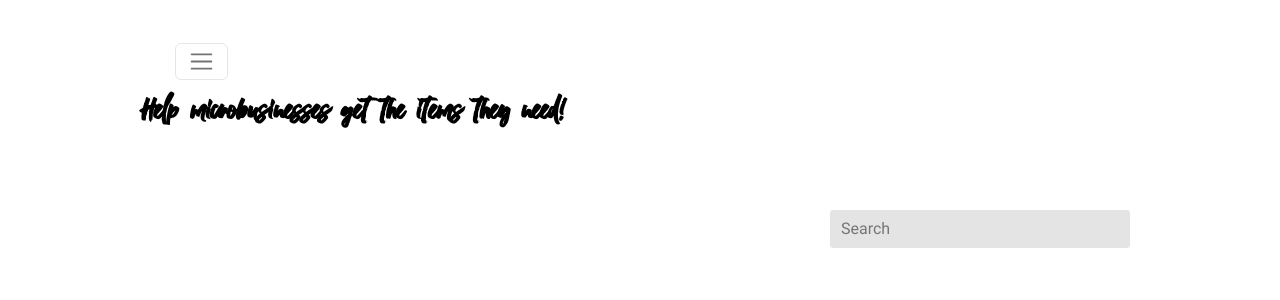
Repository: David-Waite/edableStyleChanges
Page: /
These files come from the project's save history. The page is drawn as it stood at one moment and after the next save; the edit follows.
The browser window is 1280 px wide. The pictures show the whole page.
The project was rebuilt for these pictures with package versions that can differ from the ones it lists, and the page was loaded fresh each time. Also part of the build but not shown: src/components/Item/ProgressBar.css, src/components/Volunteer/Volunteer.tsx, src/components/DonorForm/Message.css, src/components/Volunteer/VolunteerError.tsx, src/components/Default.tsx, src/components/DonorForm/Paypal.tsx, src/components/DonorForm/DonorForm.tsx, src/components/Organisation/Organisation.module.css and 9 more.

Above is the page before, as saved 2022-10-27 17:43:34.

### public/index.html
<!DOCTYPE html>
<html lang="en">
  <head>
    <meta charset="utf-8" />
    <link rel="icon" href="%PUBLIC_URL%/favicon.ico" />
    <meta name="viewport" content="width=device-width, initial-scale=1" />
    <meta name="theme-color" content="#000000" />
    <meta name="description" content="EdAble Donations System" />
    <link rel="apple-touch-icon" href="%PUBLIC_URL%/logo192.png" />
    <link rel="manifest" href="%PUBLIC_URL%/manifest.json" />
    <link
      rel="stylesheet"
      href="https://cdn.jsdelivr.net/npm/bootstrap@5.2.0-beta1/dist/css/bootstrap.min.css"
      integrity="sha384-0evHe/X+R7YkIZDRvuzKMRqM+OrBnVFBL6DOitfPri4tjfHxaWutUpFmBp4vmVor"
      crossorigin="anonymous"
    />
    <title>EdAble Donations</title>
  </head>
  <body>
    <noscript>You need to enable JavaScript to run this app.</noscript>
    <div id="root"></div>
  </body>
  <script src="./iframeResizer.contentWindow.min.js"></script>
</html>

### src/index.tsx
import React from 'react';
import ReactDOM from 'react-dom/client';
import './index.css';
import App from './App';
import reportWebVitals from './reportWebVitals';
import './fonts/Roboto/Roboto-Medium.ttf';
import './fonts/Lora/Lora-VariableFont_wght.ttf';

const root = ReactDOM.createRoot(
  document.getElementById('root') as HTMLElement
);
root.render(
  <React.StrictMode>
    <App />
  </React.StrictMode>
);

// If you want to start measuring performance in your app, pass a function
// to log results (for example: reportWebVitals(console.log))
// or send to an analytics endpoint. Learn more: https://bit.ly/CRA-vitals
reportWebVitals();

### src/index.css
body {
  margin: 0;
  -webkit-font-smoothing: antialiased;
  -moz-osx-font-smoothing: grayscale;
}

code {
  font-family: source-code-pro, Menlo, Monaco, Consolas, "Courier New",
    monospace;
}

* {
  box-sizing: border-box;
}

#page-wrap {
  padding-bottom: 10px;
  padding-top: 10px;
}
@font-face {
  font-family: "Roboto";
  src: local("Roboto"),
    url("./fonts/Roboto/Roboto-Medium.ttf") format("truetype");
}

@font-face {
  font-family: "Lora";
  src: local("Lora"),
    url("./fonts/Lora/Lora-VariableFont_wght.ttf") format("truetype");
}

@font-face {
  font-family: "black_stonealternative";
  src: local("blackStone"),
    url("./fonts/BlackStone/blackstone-alternative-webfont.woff") format("woff");
}

h1 {
  font-family: "Roboto";
  font-style: normal;
  font-weight: 700;
  font-size: 52px;
  line-height: 64px;
  /* identical to box height, or 123% */
  color: #000000;
}

h2 {
  font-family: "Lora";
  font-style: normal;
  font-weight: 700;
  font-size: 47px;
  line-height: 60px;
  /* identical to box height, or 128% */
  color: #f1f1f1;
}

h3 {
  font-family: "Lora";
  font-style: normal;
  font-weight: 700;
  font-size: 40px;
  line-height: 51px;
  color: #c4c4c4;
}

h4 {
  font-family: "Roboto";
  font-style: normal;
  font-weight: 700;
  font-size: 35px;
  line-height: 43px;
  /* identical to box height, or 123% */
  letter-spacing: 0.02em;
  color: #000000;
}

h5 {
  font-family: "Roboto";
  font-style: normal;
  font-weight: 700;
  font-size: 28px;
  line-height: 44px;
  /* identical to box height, or 157% */
  color: #000000;
}

h6 {
  font-family: "Roboto";
  font-style: normal;
  font-weight: 700;
  font-size: 21px;
  line-height: 25px;
  /* identical to box height */
  color: #000000;
}

body {
  font-family: "Roboto";
  font-style: normal;
  font-weight: 400;
  font-size: 21px;
  line-height: 32px;
  /* identical to box height, or 152% */
  color: #000000;
}

### src/App.tsx
import React from "react";
import "./App.css";
import { BrowserRouter, Routes, Route } from "react-router-dom";

import { PayPalScriptProvider } from "@paypal/react-paypal-js";
import Base from "./components/Base";
import Landing from "./components/Landing/Landing";
import Volunteer from "./components/Volunteer/Volunteer";
import VolunteerError from "./components/Volunteer/VolunteerError";
import Default from "./components/Default";
import Organisation from "./components/Organisation/Organisation";
import ItemPage from "./components/Item/ItemPage";
import Success from "./components/DonorForm/Success";
import Cancel from "./components/DonorForm/Cancel";
import PastDonations from "./components/DonorForm/PastDonations";
import PastItemDonations from "./components/DonorForm/PastItemDonations";
import DonateTime from "./components/Volunteer/DonateTime";

function App() {
  return (
    <PayPalScriptProvider
      options={{
        "client-id":
        process.env.REACT_APP_PAYPAL_CLIENT_ID||"ATT3Tn46NrmHggGqVC4mzWOZWlnbp2ID9DA0yQnhsgqPFIVPPlLhfSI_-atbZc3aN7n_k7wUVTyQJMnI",
        currency: "AUD",
      }}
    >
      <BrowserRouter>
        <Routes>
          <Route path="/" element={<Base />}>
            <Route path="/" element={<Landing />} />
            <Route path="volunteer" element={<Volunteer />} />
            <Route path="success" element={<Success />} />
            <Route path="organisation/:orgId" element={<Organisation />} />
            <Route path="cancel/:orgId" element={<Cancel />} />
            <Route path="volunteererror/:orgId" element={<VolunteerError />} />
            <Route path="organisation/:orgId" element={<PastDonations />} />
            <Route path="item/:orgID/:itemID" element={<ItemPage />} />
            <Route path="item/:orgID/:itemID" element={<PastItemDonations />} />
            <Route path="volunteer/organisation/:orgId" element={<DonateTime />} />
            <Route path="volunteer/success" element={<Success />} />

            {/* Using path="*"" means "match anything", so this route
                acts like a catch-all for URLs that we don't have explicit
              routes for. */}
            <Route path="*" element={<Default />} />
          </Route>
        </Routes>
      </BrowserRouter>
    </PayPalScriptProvider>
  );
}

export default App;

### src/App.css
.App {
  text-align: center;
}

.App-logo {
  height: 40vmin;
  pointer-events: none;
}

@media (prefers-reduced-motion: no-preference) {
  .App-logo {
    animation: App-logo-spin infinite 20s linear;
  }
}

.App-header {
  background-color: #282c34;
  min-height: 100vh;
  display: flex;
  flex-direction: column;
  align-items: center;
  justify-content: center;
  font-size: calc(10px + 2vmin);
  color: white;
}

.App-link {
  color: #61dafb;
}

@keyframes App-logo-spin {
  from {
    transform: rotate(0deg);
  }
  to {
    transform: rotate(360deg);
  }
}

.font-face-rob {
  font-family: "Roboto";
}

.font-face-lora {
  font-family: "Lora";
}

.font-face-Black {
  font-family: "black_stonealternative";
}

### src/components/Base.tsx
import { Outlet } from 'react-router-dom';

function BasePage() {
  return (
    <>
      {/* An <Outlet> renders whatever child route is currently active,
          so you can think about this <Outlet> as a placeholder for
        the child routes we defined above. */}
      <Outlet/>
    </>
  );
}

export default BasePage;

### src/components/Landing/Landing.tsx
import { useEffect, useState } from "react";
import "./Landing.css";
import { Link } from "react-router-dom";
import { db } from "../../config/firebase";
import { collection, query, onSnapshot, where } from "firebase/firestore";
import { Button, Container, Carousel, Row, Col } from "react-bootstrap";
import { ReactComponent as InclusionHero } from "./InclusionHero.svg";

import Sidebar from "./Sidebar";
import ItemsCollection from "./ItemsCollection";
import Organisation from "../Organisation/Organisation";

function Landing() {
  const [orgList, setOrgList] = useState<any>([]);

  // gets all the orgs from dbs
  useEffect(() => {
    const q = query(
      collection(db, "Organisations"),
      where("activeStatus", "==", true)
    );
    onSnapshot(q, (querySnapshot) => {
      // setOrgList dumps all the orgs in orgList
      setOrgList(
        querySnapshot.docs.map((doc) => ({
          id: doc.id,
          data: doc.data(),
        }))
      );
    });
  }, []);

  useEffect(() => {
    window.scrollTo(0, 0);
  }, []);

  return (
    //   these lines set up the format of the page
    <>
      <div className="landing">
        {/* Burger menu */}
        <div className="navBarContainer">
          <Sidebar orgList={orgList} />
        </div>

        <div className="App" id="outer-container">
          {/* Carousel */}
          <Container>
            <Row>
              <Col>
                <div className="carouselContainer">
                  <Carousel
                    touch={true}
                    interval={4000}
                    indicators={true}
                    variant="light"
                  >
                    {orgList.map((org: any) => (
                      <Carousel.Item
                        key={org.id.toString()}
                        style={{
                          textAlign: "left",
                        }}
                      >
                        <Link
                          to={`organisation/${org.id}`}
                          style={{
                            textDecoration: "none",
                            color: "black",
                          }}
                        >
                          {/* this div contains the carousel item's contents and makes the whole carousel item a link (based on link tag above) */}
                          <div
                            className="carousel-contents"
                            style={{ backgroundImage: `url(${org.data.img})` }}
                          >
                            <h2 className="title">{org.data.name}</h2>
                            <div className="carousel-contents-bottom">
                              <p className="orgSummary">{org.data.summary}</p>
                              <Button
                                className="btnContribute"
                                variant="warning"
                              >
                                <div>
                                  CONTRIBUTE TO
                                  <span>{org.data.name.toUpperCase()}</span>!
                                </div>
                              </Button>
                            </div>
                          </div>
                        </Link>
                      </Carousel.Item>
                    ))}
                  </Carousel>
                </div>
              </Col>
            </Row>
          </Container>
        </div>

        <ItemsCollection orgList={orgList} />
      </div>
    </>
  );
}

export default Landing;

### src/components/Landing/Landing.css
.carousel-control-next,
.carousel-control-prev {
  width: 10%;
}

/* .landing {
  background-color: #ffffd9;
} */

.landing {
  max-width: 1000px;
  padding-top: 20px;
  margin: 0 auto 90px;
}

.title {
  font-size: 33px;
  font-family: sans-serif;
  height: auto;
  margin-bottom: 0px;
}

.header {
  /* margin-top: 15px;
  margin-left: 20px;
  margin-right: 20px; */
  padding-left: 3vw;
  padding-right: 3vw;
  /* padding-bottom: 20px; */
  padding-top: 3vh;
  background-color: black;
}

.star {
  height: 200px;
  width: 400px;
  display: block;
  margin: auto;
}

.col {
  padding: 0;
}

@media screen and (min-width: 100px) {
  h1 {
    font-size: calc(20px + 8vw);
  }

  h3 {
    font-size: calc(15px + 0.8vw);
  }

  p {
    font-size: calc(8px + 1vw);
    font-weight: 250;
  }
}

.navBarContainer {
  margin-left: 30px;
  margin-top: 10px;
  position: absolute;
  color: white;
}

.carousel {
  /* margin: 3px; */
  /* border-radius: 30px; */

  color: white;
  /* height: ; */
}

.carousel-contents {
  display: flex;

  flex-direction: column;
  justify-content: flex-end;

  padding: 10px 25px;
  color: white;
  height: 500px;
}

.carousel-indicators {
  margin-bottom: 10px;
}

.carousel-contents-bottom {
  display: flex;
  align-items: center;
  justify-content: space-between;
  gap: 20px;

  margin-bottom: 30px;
}

.btnContribute {
  background-color: #e50040;
  color: white;
  border: none;
  border-radius: 3px;
  padding: 10px 15px;
}

.btnContribute span {
  margin-left: 3px;
  font-size: 16px;
  font-weight: 400;
  color: white;
}

.btnContribute div {
  width: 300px;
  font-size: 16px;
  font-weight: 400;
  margin: 0;
}

.btnContribute:hover {
  background-color: #d4033e;
  color: white;
}

.orgSummary {
  font-size: 16px;
  line-height: 25px;
}

.imgCarousel {
  width: 100%;
  height: 600px;
}
@media screen and (max-width: 770px) {
  .btnContribute {
    font-size: 17px;
    color: white;
  }
  .btn {
    --bs-btn-line-height: 1.75;
  }
}

@media screen and (max-width: 500px) {
  .star {
    height: 150px;
    width: 300px;
  }
  .btnContribute {
    font-size: 15px;
  }
}
@media screen and (max-width: 400px) {
  .btnContribute {
    font-size: 13px;
  }
  .btn {
    --bs-btn-line-height: 1;
  }
}
@media screen and (max-width: 340px) {
  .star {
    height: 100px;
    width: 200px;
  }
  h2 {
    font-size: 20px;
  }
  .orgSummary {
    font-size: 15px;
  }
  .imgCarousel {
    width: 150px;
    height: 150px;
  }
}
@media screen and (max-width: 340px) {
  .navBarContainer {
    margin-left: 20px;
  }
}

/* #carousel-indicators {
    color:rgb(17, 0, 61)
} */

/* Button {
  font-size: x-small;




   <img
                              className="imgCarousel"
                              src={org.data.img}
                              alt={`${org.data.name}` + "'s logo"}
                            />
} */

### src/config/firebase.js
import { initializeApp } from "firebase/app";
import { getFirestore } from "firebase/firestore";
import { initializeAppCheck, ReCaptchaV3Provider } from "firebase/app-check";

const firebaseConfig = {
  apiKey: "AIzaSyDs6EtNxxw7Q9vqGTd9EFzCkpK4aQ9u_dY",
  authDomain: "edable-swinburne.firebaseapp.com",
  projectId: "edable-swinburne",
  storageBucket: "edable-swinburne.appspot.com",
  messagingSenderId: "217658206897",
  appId: "1:217658206897:web:529a69fce1bf349d7ad090",
  measurementId: "G-2R2MP9QZ9F",
};

// Initialize Firebase
const app = initializeApp(firebaseConfig);
const db = getFirestore(app);

// app check
const appCheck = initializeAppCheck(app, {
  provider: new ReCaptchaV3Provider("6LcACHkiAAAAAI-dIVsdXLO9-vrCICsqM5sRRjbJ"),
  isTokenAutoRefreshEnabled: true,
});

export { db };

### src/components/Landing/Sidebar.tsx
import { useState, useEffect } from "react";
import { query, onSnapshot, collection, where } from "firebase/firestore";
import { db } from "../../config/firebase";
import { Link } from "react-router-dom";
import Navbar from "react-bootstrap/Navbar";
import Offcanvas from "react-bootstrap/Offcanvas";

type SidemenuProps = {
  pageWrapId: string;
  outerContainerId: string;
};

function Sidebar(props: any) {
  const [search, setSearch] = useState<string>("");

  const handleChange = (e: React.ChangeEvent<HTMLInputElement>) => {
    setSearch(e.target.value);
  };

  const filteredOrganisations = props.orgList.filter((Organisations: any) =>
    Organisations.data.name.toLowerCase().includes(search.toLowerCase())
  );
  return (
    <>
      <Navbar expand={false}>
        <Navbar.Toggle aria-controls={`offcanvasNavbar-expand`} />
        <Navbar.Offcanvas
          id={`offcanvasNavbar-expand`}
          aria-labelledby={`offcanvasNavbarLabel-expand`}
        >
          <Offcanvas.Header closeButton>
            <Offcanvas.Title
              id={`offcanvasNavbarLabel-expand`}
              style={{
                fontSize: "20px",
              }}
            >
              Social-enterprises supported by EdAble
            </Offcanvas.Title>
          </Offcanvas.Header>
          <Offcanvas.Body>
            <input type="text" onChange={handleChange} placeholder="Search" />
            {filteredOrganisations.map((Organisation: any) => (
              <Link
                style={{
                  textDecoration: "none",
                  color: "black",
                }}
                to={`organisation/${Organisation.id}`}
                key={Organisation.id}
              >
                <br />
                <div>{Organisation.data.name}</div>
              </Link>
            ))}
          </Offcanvas.Body>
        </Navbar.Offcanvas>
      </Navbar>
    </>
  );
}

export default Sidebar;

### src/components/Landing/ItemsCollection.tsx
import { useState, useEffect } from "react";
import {
  collectionGroup,
  query,
  onSnapshot,
  collection,
  where,
  getDocs,
} from "firebase/firestore";
import { db } from "../../config/firebase";
import Card from "react-bootstrap/Card";
import ProgressBar from "react-bootstrap/ProgressBar";
import { Link } from "react-router-dom";
import styles from "./ItemsCollection.module.css";
import "../Item/ProgressBar.css";

function ItemsCollection(props: any) {
  const [itemList, setItemList] = useState<any>([]);
  const [search, setSearch] = useState<string>("");

  useEffect(() => {
    const q = query(
      collectionGroup(db, "Items"),
      where("activeStatus", "==", true)
    );

    onSnapshot(q, async (querySnapshot) => {
      setItemList(
        querySnapshot.docs.map((doc) => ({
          id: doc.id,
          data: doc.data(),
          parentDoc: doc.ref.parent.parent?.id,
        }))
      );
    });
  }, []);

  function mergeLists() {
    const mergeList: any = [];
    itemList.map((item: any) => {
      props.orgList.map((org: any) => {
        if (item.parentDoc === org.id) {
          if (item.data.activeStatus === true) {
            mergeList.push({
              ...item,
              orgName: org.data.name,
              orgActiveStatus: org.data.activeStatus,
            });
          }
        }
      });
    });
    return mergeList;
  }

  const mergeList = mergeLists();

  const handleChange = (e: React.ChangeEvent<HTMLInputElement>) => {
    setSearch(e.target.value);
  };
  const filteredItems = mergeList.filter((item: any) =>
    item.data.name.toLowerCase().includes(search.toLowerCase())
  );
  return (
    <>
      <div className={styles.containerDiv}>
        <h2 className={styles.title}>
          Help microbusinesses get the items they need!
        </h2>
        <div
          className={styles.searchBar}
          style={{
            borderRadius: "3px",
            display: "flex",
            alignItems: "right",
            justifyContent: "right",
          }}
        >
          <input
            style={{ fontSize: "16px" }}
            className={styles.input}
            type="text"
            onChange={handleChange}
            placeholder="Search"
          />
        </div>

        <div className={styles.cardParentDiv}>
          {filteredItems.map((item: any) => (
            <div key={item.id.toString()} className={styles.cards}>
              <img src={item.data.img} alt={`Image of  ${item.data.name}`} />
              <div className={styles.cardBody}>
                <div>
                  <h3 className={styles.cardTitle}>
                    {item.orgName}:
                    <br />
                    <span>{item.data.name}</span>
                  </h3>

                  <p className={styles.cardDes}>{item.data.summary}</p>
                </div>

                <div className={styles.bottomHalfCard}>
                  <ProgressBar
                    striped
                    now={
                      item.data.totalDonationsValue
                        ? (item.data.totalDonationsValue /
                            item.data.initialPrice) *
                          100
                        : 0
                    }
                    label={`${Math.round(
                      (item.data.totalDonationsValue / item.data.initialPrice) *
                        100
                    )}%`}
                  />
                  <Link
                    style={{
                      textDecoration: "none",
                      color: "black",
                    }}
                    to={`item/${item.parentDoc}/${item.id}`}
                  >
                    <div className={styles.btn}>DONATE NOW!</div>
                  </Link>
                </div>
              </div>
            </div>
          ))}
        </div>
      </div>
    </>
  );
}

export default ItemsCollection;

### src/components/Landing/ItemsCollection.module.css
.containerDiv {
  /* background-color: rgb(212, 238, 249); */
  border-radius: 40px;
}

.searchBar {
  border-radius: 3px !important;
  padding: 0;
}
.title {
  font-size: 32px;
  color: black;
  font-family: "black_stonealternative";
  margin-top: 60px;
  margin-bottom: 60px;
}

.input {
  margin: 10px;
  width: 300px;
  border-radius: 3px;
  padding: 2px 10px;
}

.cardParentDiv {
  display: grid;
  grid-template-columns: 1fr 1fr 1fr;
  gap: 30px;
}

.bottomHalfCard {
  align-self: end;
}
.cardParentDiv img {
  width: 100%;
  height: 180px;
  object-fit: cover;
  padding: 0;
  margin: 0;
}

.cardTitle {
  font-size: 18px;
  color: black;
  font-family: sans-serif;
  height: auto;
  line-height: 25px;
}

.cardTitle span {
  color: #e50040;
}

.cardDes {
  height: 60px;
  margin-top: 0px;
  color: rgb(29, 29, 29);
  font-size: 16px;
  letter-spacing: 0.1px;
  line-height: 16px;
  font-weight: 400;
}

.btn {
  text-decoration: none;
  color: white;
  display: flex;
  align-items: center;
  justify-content: center;
  height: 40px;
  margin-top: 10px;
  margin-bottom: -15px;
  text-align: center;
  border-radius: 3px;
  font-size: 16px;
  font-weight: 400;

  background-color: #5e17a9;
}

.cardBody {
  padding: 10px 10px 30px 10px;
}

.cards {
  border-radius: 3px;
  border: none;
  background-color: #f4f4f4;
}

@media (max-width: 1200px) {
  .cards {
    flex: 25%;
  }
}
@media (max-width: 1000px) {
  .cards {
    flex: 42%;
  }
  .input {
    width: 30%;
  }
}
@media (max-width: 768px) {
  .cards {
    flex: 75%;
  }
  .input {
    width: 50%;
  }
}
@media (max-width: 630px) {
  .cards {
    flex: 100%;
  }
  .input {
    width: 70%;
  }
}
@media (max-width: 500px) {
  .input {
    width: 100%;
  }
  .containerDiv {
    padding: 15px;
  }
  .cards {
    margin-left: 0px;
    margin-right: 0px;
    box-shadow: 4px 4px 13px -4px #3f3f3f;
  }
  .itemImg {
    width: 175px;
    height: 175px;
  }
}

### src/components/DonorForm/DonorForm.css
.donorInfoContainer, .VolunteerInfoContainer {
  border-radius: 10px;
  border: 1px solid rgb(215, 215, 215);
  padding: 30px;
  min-width: 500px;
  max-width: 60%;
  background-color: white;
  display: flex;
  justify-content: center;
}

.presetButtons {
  display: flex;
  align-items: center;
  justify-content: center;
}

label {
  font-size: small;
  color: rgb(46, 46, 46);
}

input, select {
  display: block;
  box-sizing: border-box;
  width: 100%;
  border-radius: 3px;
  border: 1px solid #e4e4e4;
  padding: 10px 10px;
  margin-bottom: 1px;
  font-size: 12px;
  background-color: #e4e4e4;
}

span {
  font-size: large;
  color: red;
}

.proceedPayBtn {
  color: white;
  background-color: #FF7000;
  border-color: #FF7000;
}

button {
  border-radius: 4px;
  border: 1px solid rgb(215, 215, 215);
  padding: 5px 10px;
  font-size: 14px;
  margin: 5px;
  color:white;
  background-color: #FF7000;
  border-color: #FF7000;
}

button[type='submit'],
input[type='submit'] {
  background: #ec598f;
  color: white;
  text-transform: uppercase;
  border: none;
  margin-top: 40px;
  padding: 10px;
  font-size: 16px;
  font-weight: 400;
  letter-spacing: 10px;
}

button[type='submit']:hover,
input[type='submit']:hover {
  background: #bf1650;
}

@media screen and (max-width: 630px) {
  .donorInfoContainer, .VolunteerInfoContainer{
    width: calc(100vw - 30px);
    min-width:0px;
    max-width: 100%;
  }
}
@media screen and (max-width: 310px) {
  .donorInfoContainer, .VolunteerInfoContainer{
    padding:10px;
    padding-top: 30px;
  }
}
/* .volunteerOrgInfo{
  display: none;
} */
.DOB{
  display: block;
}
/* #isOrg:checked + .volunteerOrgInfo {
  display: block;
} */
#isOrg:checked ~ .DOB {
  display: none;
}

Loaded but not shown: src/reportWebVitals.ts (common file); public/iframeResizer.contentWindow.min.js (library)

After the next save:
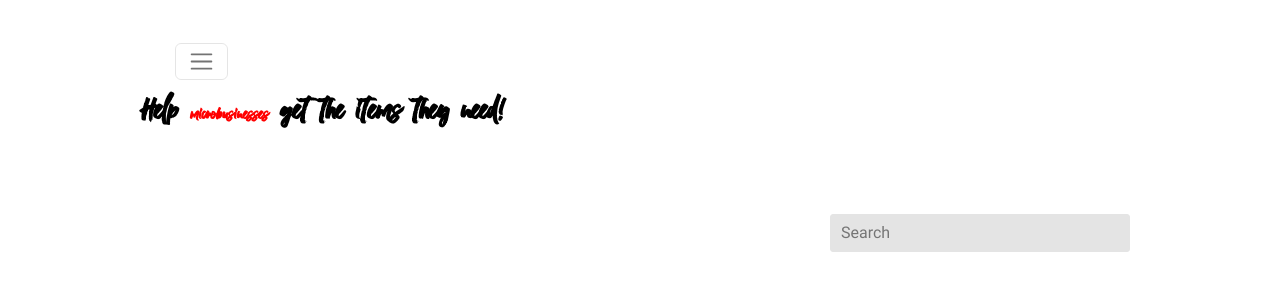
Saved 24 s later.
--- a/src/components/Landing/ItemsCollection.tsx
+++ b/src/components/Landing/ItemsCollection.tsx
@@ -65,7 +65,7 @@ function ItemsCollection(props: any) {
     <>
       <div className={styles.containerDiv}>
         <h2 className={styles.title}>
-          Help microbusinesses get the items they need!
+          Help <span>microbusinesses</span> get the items they need!
         </h2>
         <div
           className={styles.searchBar}
